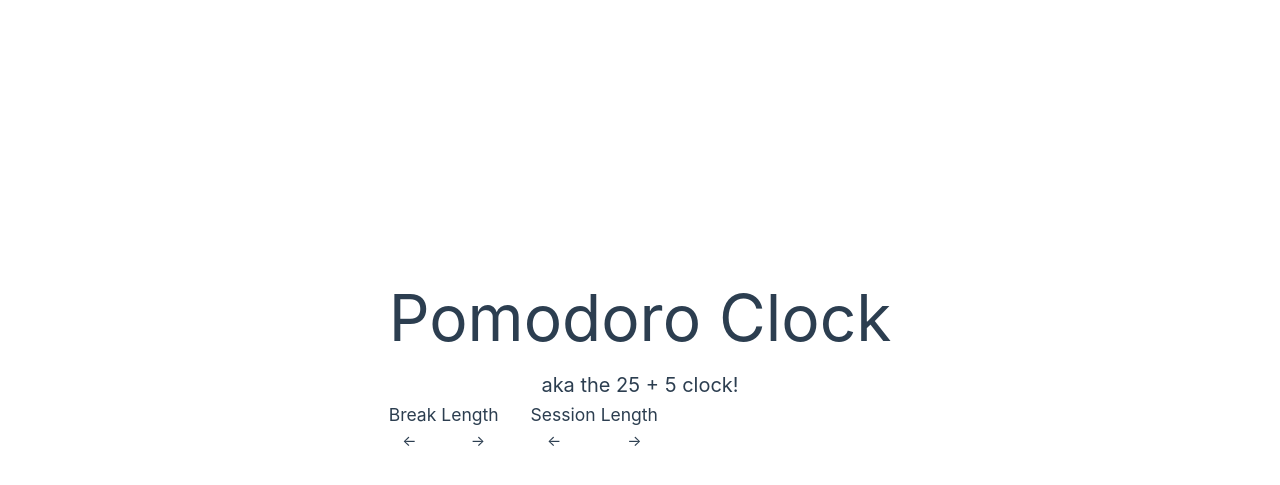
Repository: asing44/FCC
Page: / (app in Front-End-Projects/fcc-frontend-projects-pomodoro/)
An editor plug-in stored every save of this project. The page is shown before and after the next save, followed by the edit.
The browser window is 1280 px wide. The pictures show the whole page.
The project was rebuilt for these pictures with package versions that can differ from the ones it lists, and the page was loaded fresh each time. Also part of the build but not shown: Front-End-Projects/fcc-frontend-projects-pomodoro/vite.config.js.

Above is the page before, as saved 2025-01-25 01:50:56.

### Front-End-Projects/fcc-frontend-projects-pomodoro/src/assets/main.css
@import './base.css';

body {
  display: grid;
  min-height: 100svh;
  place-content: center;
}

#app {
  display: grid;
  place-content: center;
  max-width: 64vw;
  margin: 0 auto;
  padding: 2rem;
  font-weight: normal;
}

a,
.green {
  text-decoration: none;
  color: hsla(160, 100%, 37%, 1);
  transition: 0.4s;
  padding: 3px;
}

@media (hover: hover) {
  a:hover {
    background-color: hsla(160, 100%, 37%, 0.2);
  }
}

### Front-End-Projects/fcc-frontend-projects-pomodoro/src/App.vue
<script setup>
import TheWelcome from './components/TheWelcome.vue'
</script>

<!--

States needed:
- current time
- break
- playState (play, pause, restart etc)

-->

<template>
  <header>
    <h1 class="title">Pomodoro Clock</h1>
    <h2 class="subtitle">aka the 25 + 5 clock!</h2>
  </header>
  <main>
    <TheWelcome />
  </main>
</template>

<style scoped>
.header {
  display: flex;
  width: 100%;
}

.title {
  font-size: 4rem;
  text-align: center;
}

.subtitle {
  font-size: 1.25rem;
  text-align: center;
}

</style>

### Front-End-Projects/fcc-frontend-projects-pomodoro/src/components/TheWelcome.vue
<script setup>
import ClockEyebrow from './ClockEyebrows.vue'
</script>

<template>
  <div class="main-wrapper">
    <ClockEyebrow>
      <template #heading>Break Length</template>
    </ClockEyebrow>
    <ClockEyebrow>
      <template #heading>Session Length</template>
    </ClockEyebrow>
  </div>
</template>

<style scoped>

.main-wrapper {
  display: flex;
  gap: 2rem;
}

</style>


<!--
<WelcomeItem>
    <template #icon>
      <DocumentationIcon />
    </template>
    <template #heading>Documentation</template>

    Vue’s
    <a href="https://vuejs.org/" target="_blank" rel="noopener">official documentation</a>
    provides you with all information you need to get started.
  </WelcomeItem>
  -->

### Front-End-Projects/fcc-frontend-projects-pomodoro/src/components/ClockEyebrows.vue
<template>
  <div class="eyebrow">
    <div class="eyebrow_top">
      <h3>
        <slot name="heading"></slot>
      </h3>
    </div>
    <div class="eyebrow_bottom">
      <div class="icon-arrow is--left">←</div>
      <div class="eyebrow_display">
        <slot name="display"></slot>
      </div>
      <div class="icon-arrow is--right">→</div>
    </div>
  </div>
</template>

<style scoped>
.eyebrow_top {
  text-align: center;
}
  .eyebrow_bottom {
    display: flex;
    width: 100%;
    justify-content: space-around;
  }
</style>

Loaded but not shown: Front-End-Projects/fcc-frontend-projects-pomodoro/index.html (common file); Front-End-Projects/fcc-frontend-projects-pomodoro/src/main.js (common file); Front-End-Projects/fcc-frontend-projects-pomodoro/src/assets/base.css (common file)

After the next save:
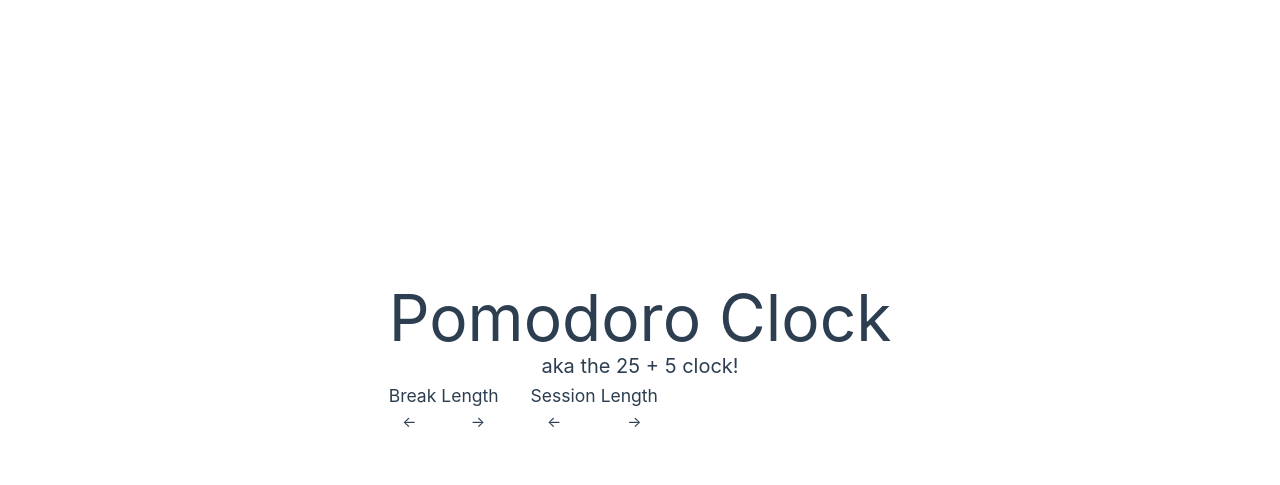
Saved 14 s later.
--- a/Front-End-Projects/fcc-frontend-projects-pomodoro/src/App.vue
+++ b/Front-End-Projects/fcc-frontend-projects-pomodoro/src/App.vue
@@ -29,6 +29,7 @@ States needed:
 
 .title {
   font-size: 4rem;
+  line-height: 1;
   text-align: center;
 }
 
